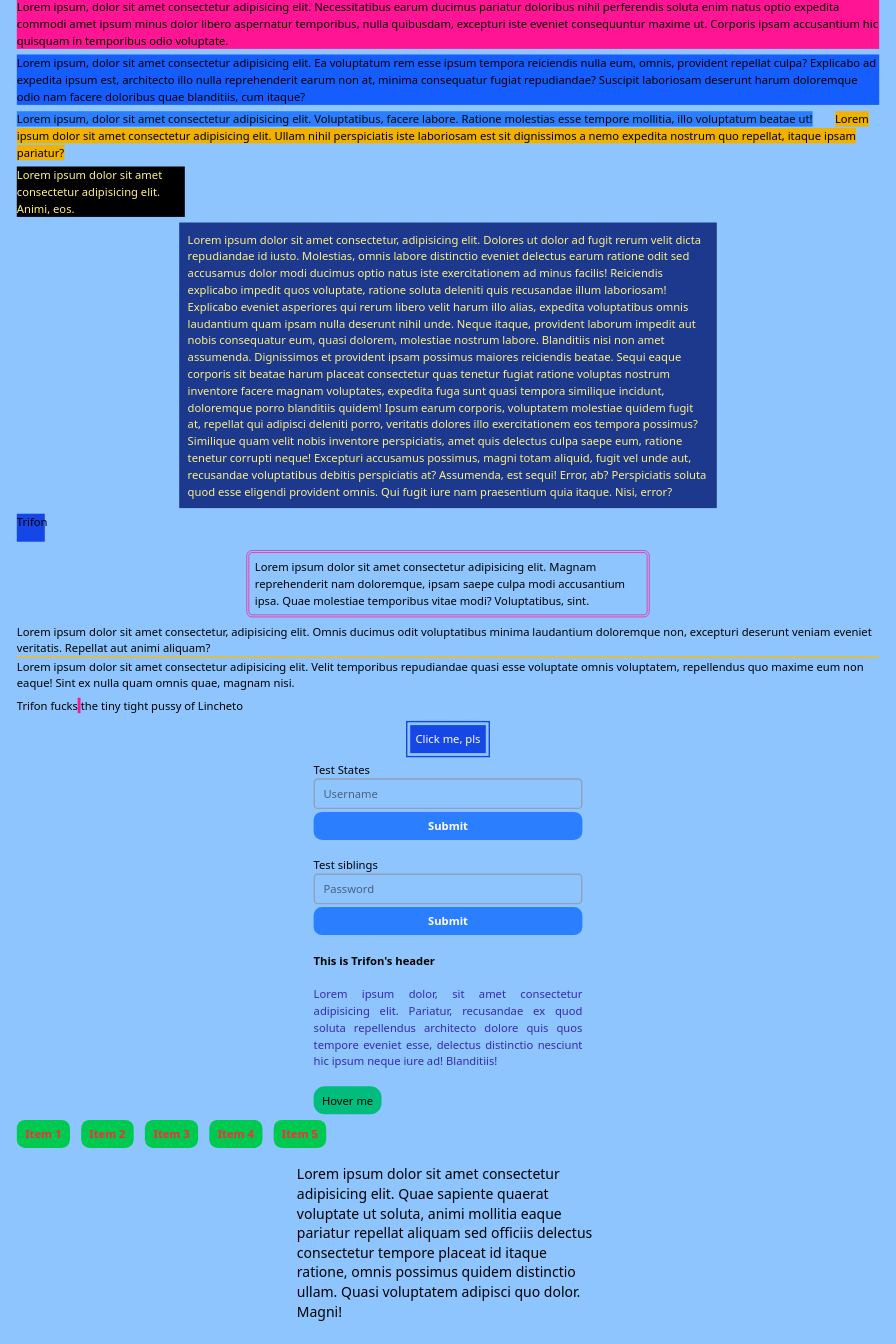
Repository: DinTri/TailwindCss
Page: index.html
These files come from the project's save history. The page is drawn as it stood at one moment and after the next save; the edit follows.
The browser window is 1280 px wide. The pictures show the part of the page from y = 1457 to 3377 px (the page is 3377 px tall), at 70% of full size.
Some web fonts or font styles are not loaded; a fallback is used.

Above is the page before, as saved 2025-06-15 19:19:59.

After the next save:
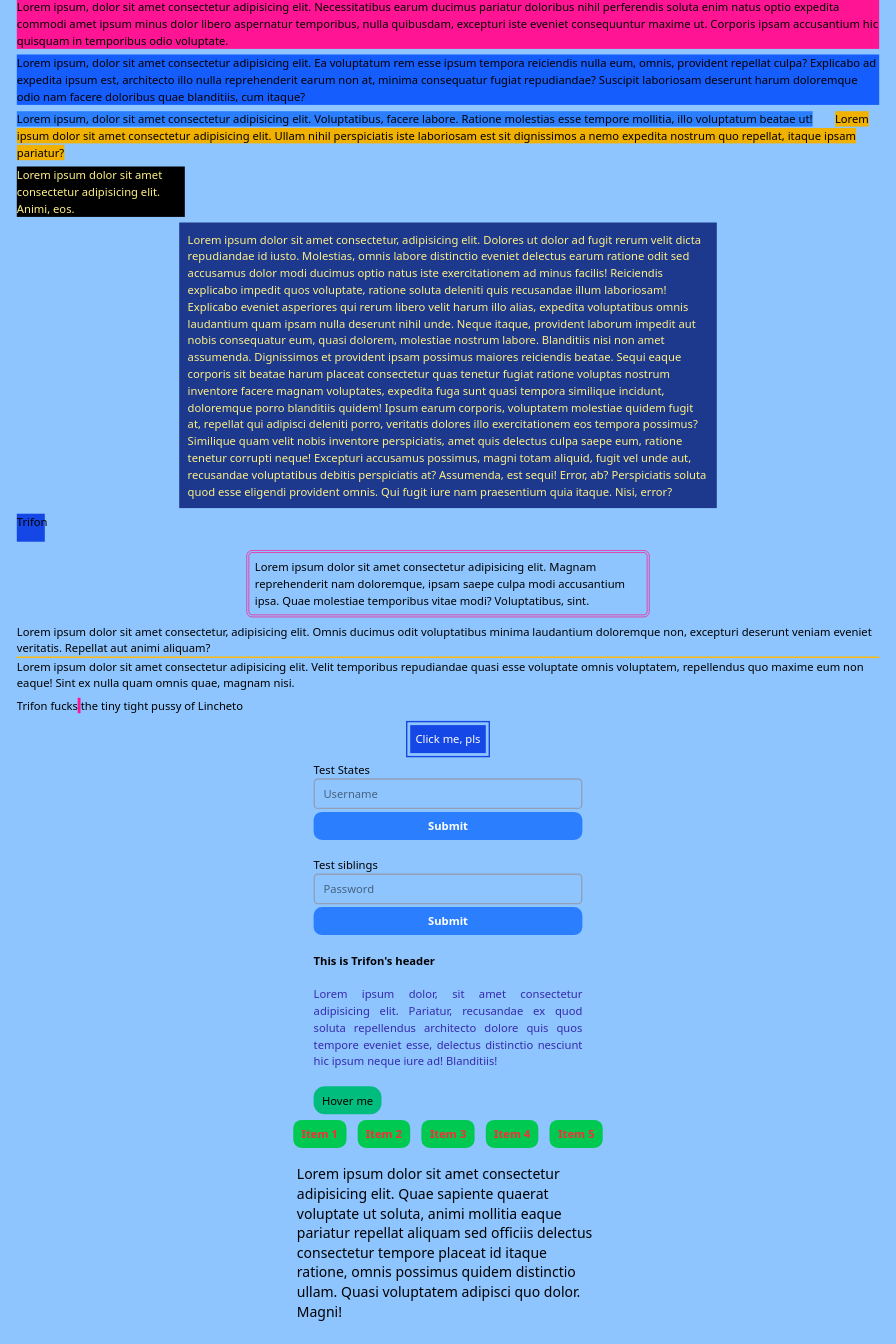
Saved 18 s later.
--- a/index.html
+++ b/index.html
@@ -131,7 +131,7 @@
   <h3 class="font-semibold group-hover/parent1:text-white">This is Trifon's header</h3>
   <p class="text-indigo-800 text-justify group-hover/parent1:text-white">Lorem ipsum dolor, sit amet consectetur adipisicing elit. Pariatur, recusandae ex quod soluta repellendus architecto dolore quis quos tempore eveniet esse, delectus distinctio nesciunt hic ipsum neque iure ad! Blanditiis!</p>
   <button disabled class="group/parent2 group-hover:text-white bg-emerald-800 rounded-2xl disabled:bg-emerald-500 disabled:cursor-not-allowed px-3 py-2">Hover me <span class="hidden group-hover/parent2:inline text-white">You will see some magic, just hover me. Yeah... but you are disabled, shame on you</span></button></div>
-  <ul class="flex flex-1/2 align-items:center gap-4 mx-auto *:text-red-500 font-semibold *:bg-green-500 *:inline *:rounded-xl *:px-3 *:py-2" >
+  <ul class="flex flex-1/2 justify-center align-items:center gap-4 mx-auto *:text-red-500 font-semibold *:bg-green-500 *:inline *:rounded-xl *:px-3 *:py-2" >
     <li class="">Item 1</li>
     <li class="">Item 2</li>
     <li class="">Item 3</li>
